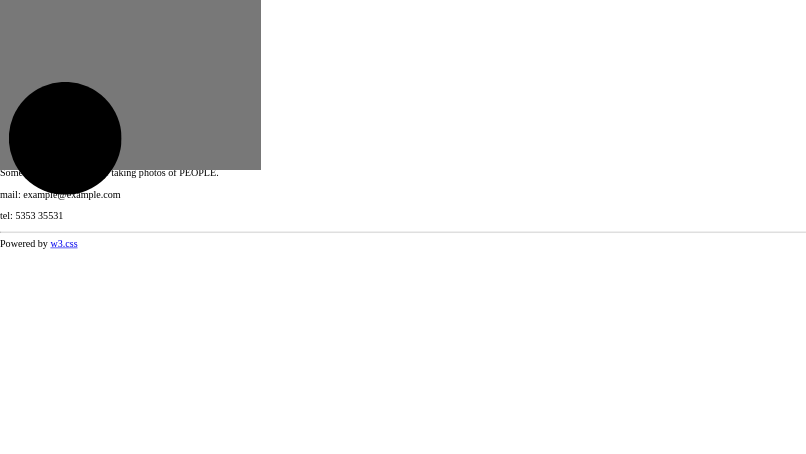
Repository: Jennica1/Frontend-Final
Page: index.html
An editor plug-in stored every save of this project. The page is shown before and after the next save, followed by the edit.
The browser window is 1280 px wide. The pictures show the whole page, at 63% of full size.

Above is the page before, as saved 2024-05-09 20:54:44.

After the next save:
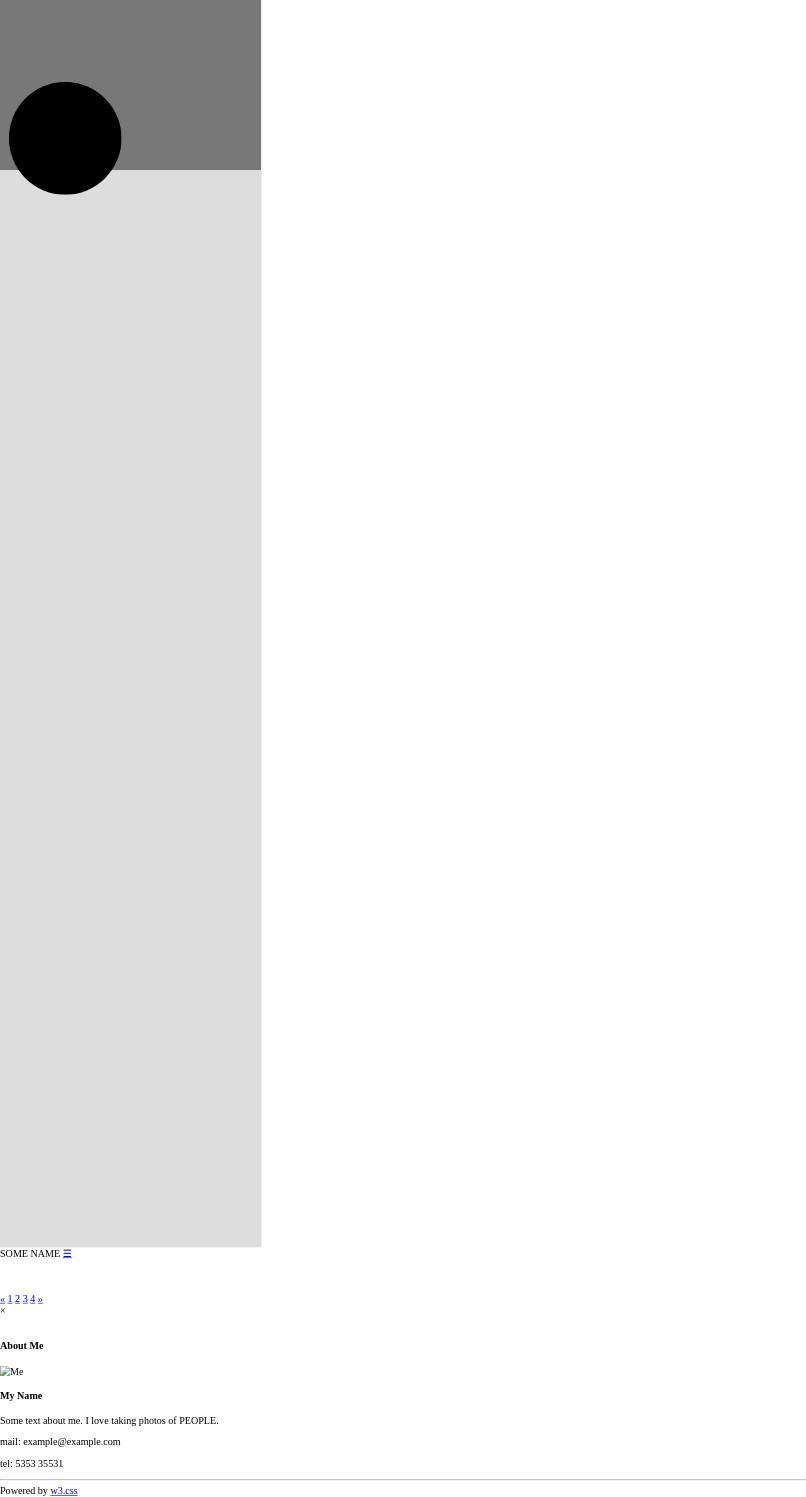
Saved 10 s later.
--- a/style.css
+++ b/style.css
@@ -9,7 +9,7 @@ body {
 .sidebar {
   display: flex;
   width: 415px;
-  height: max-content;
+  height: 1980px;
   background-color: rgb(221, 221, 221);
   z-index: 0;
 }
